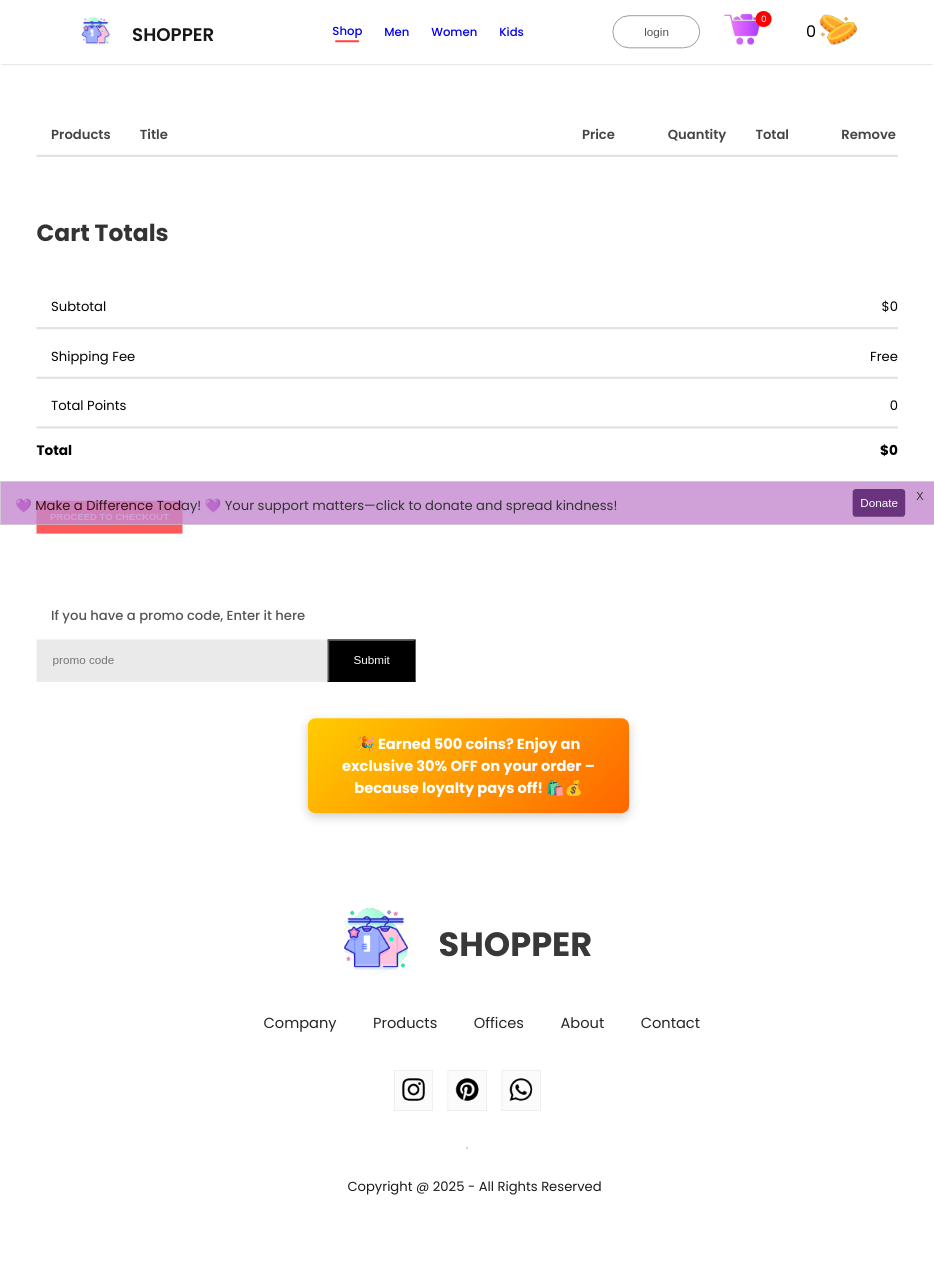
Repository: PayalJakhar/Shoppers-E-commerce-Website
Page: /cart (app in frontend/)
An editor plug-in stored every save of this project. The page is shown before and after a run of saves, followed by the edit.
The browser window is 1280 px wide. The pictures show the whole page, at 73% of full size.
The page's requests for data from a server got no answer. The project was rebuilt for these pictures with package versions that can differ from the ones it lists, and the page was loaded fresh each time. No one was signed in, and anything a server would have sent is missing. Also part of the build but not shown: frontend/src/App.css, frontend/src/Components/Hero/Hero.css, frontend/src/Components/Hero/Hero.jsx, frontend/src/Components/Popular/Popular.css, frontend/src/Components/Item/Item.css, frontend/src/Components/Item/Item.jsx, frontend/src/Components/Popular/Popular.jsx, frontend/src/Components/Offers/Offers.css and 21 more.

Above is the page before, as saved 2025-02-07 23:43:35.

After the next 3 saves:
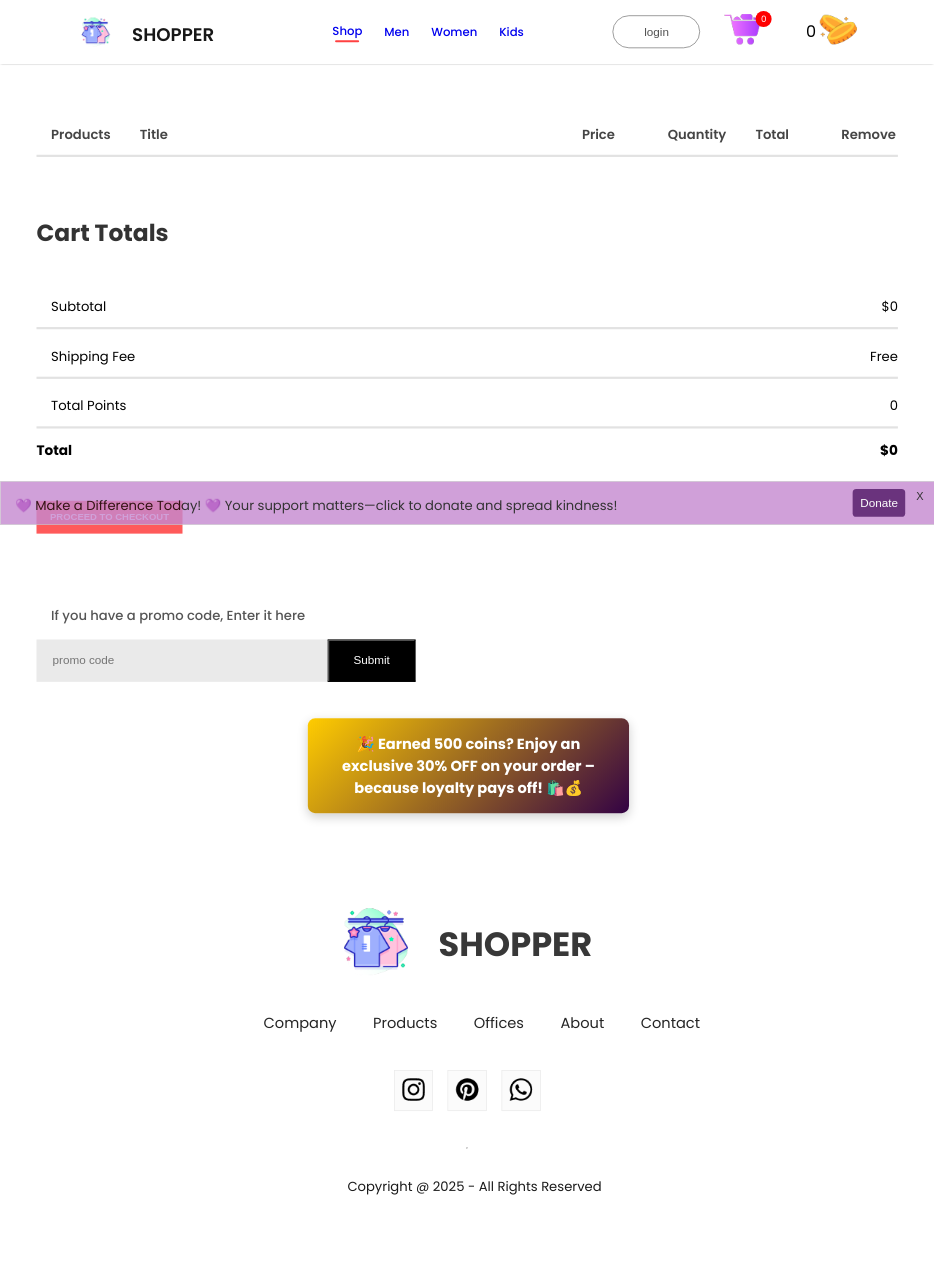
The 3 saves are shown as one change because they came seconds apart.
The last was saved 76 s later.
--- a/frontend/src/Components/CartItems/CartItems.css
+++ b/frontend/src/Components/CartItems/CartItems.css
@@ -106,7 +106,7 @@
   }
 
   .animated-box {
-    background: linear-gradient(135deg, #ffcc00, #ff6600);
+    background: linear-gradient(135deg, #ffcc00, #330244);
     color: white;
     font-size: 20px;
     font-weight: bold;
